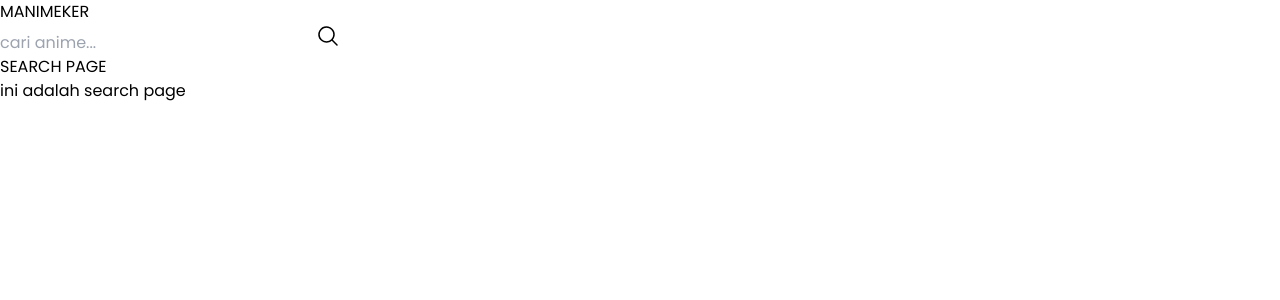
Repository: Nouthemoran/Anime-List
Page: /search
An editor plug-in stored every save of this project. The page is shown before and after a run of saves, followed by the edit.
The browser window is 1280 px wide. The pictures show the whole page.
Some web fonts or font styles are not loaded; a fallback is used. The project was rebuilt for these pictures with package versions that can differ from the ones it lists, and the page was loaded fresh each time. The framework's server and built-in components were replaced by stand-ins that run in the browser. Also part of the build but not shown: next.config.mjs.

Above is the page before, as saved 2024-02-07 20:45:15.

After the next 5 saves:
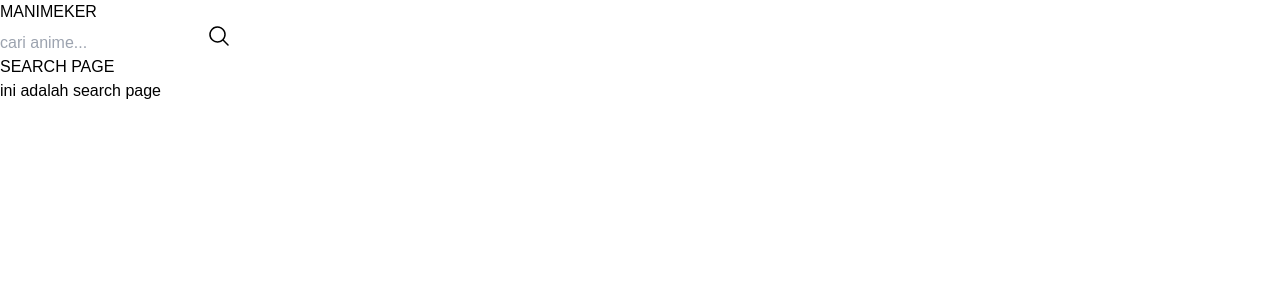
The 5 saves are shown as one change because they came seconds apart.
The last was saved 28 s later.
--- a/src/app/layout.js
+++ b/src/app/layout.js
@@ -1,8 +1,8 @@
-import { Poppins } from "next/font/google";
+import { Gabarito } from "next/font/google";
 import "./globals.css";
 import Navbar from "@/components/Navbar";
 
-const poppins = Poppins({ subsets: ["latin"] });
+const gabarito = Gabarito({ subsets: ["latin"] });
 
 export const metadata = {
   title: "Man Anime List",
@@ -12,7 +12,7 @@ export const metadata = {
 export default function RootLayout({ children }) {
   return (
     <html lang="en">
-      <body className={`${poppins.className} bg-color-dark`}>
+      <body className={`${gabarito.className} bg-color-dark`}>
         <Navbar/>
         {children}
         </body>
